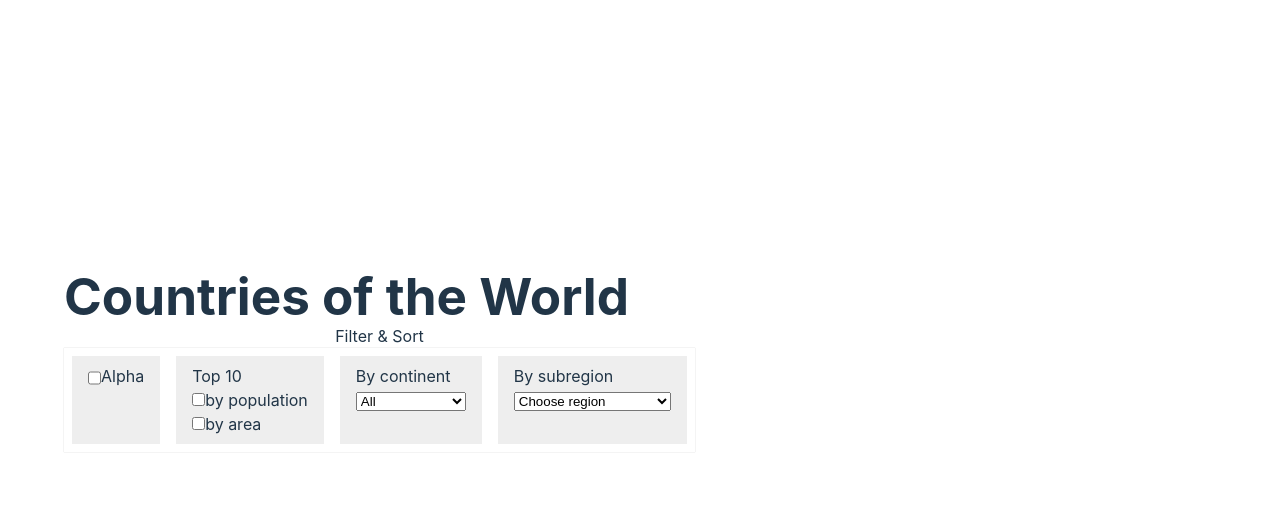
Repository: SamanthaYan298/my_countries
Page: /
The author's editor kept a copy of each file at every save. The page is drawn from the files as they stood at one save, then again after the next save.
The browser window is 1280 px wide. The pictures show the whole page.
The project was rebuilt for these pictures with package versions that can differ from the ones it lists, and the page was loaded fresh each time. Also part of the build but not shown: vite.config.js.

Above is the page before, as saved 2024-11-04 17:52:16.

### src/App.jsx
import { useState } from 'react'
import './App.css'

function App() {

  return (
    <div id="root">
      <h1>Countries of the World</h1>
      <div className="container">
        <div className='inner-container'>
          <p>Filter & Sort</p>
          <div className='filters'>
            <div className='alpha'>
              <input type="checkbox"/>
              <label htmlFor="alpha">Alpha</label>
            </div>
            <div className='categories'>
              <p>Top 10</p>
                <div>
                  <input type="checkbox"/>
                  <label htmlFor="by-population">by population</label>
                </div>
                <div>
                  <input type="checkbox" />
                  <label htmlFor="by-area">by area</label>
                </div>
            </div>
            <div  className='categories'>
              <p>By continent</p>
              <select>
                <option value="All">All</option>
                <option value="Antarctica">Antarctica</option>
                <option value="North America">North America</option>
                <option value="Europe">Europe</option>
                <option value="Africa">Africa</option>
                <option value="Asia">Asia</option>
                <option value="Oceania">Oceania</option>
                <option value="South America">South America</option>
              </select>
            </div>
            <div  className='categories'>
            <p>By subregion</p>
              <select>
                <option value="Choose region">Choose region</option>
                <option value="Caribbean">Caribbean</option>
                <option value="Western Europe">Western Europe</option>
                <option value="Western Africa">Western Africa</option>
                <option value="Central Europ">Central Europ</option>
                <option value="Estern Asia">Estern Asia</option>
                <option value="Polynesia">Polynesia</option>
                <option value="North Africa">North Africa</option>
                <option value="Southern Europe">Southern Europe</option>
                <option value="Southern-Eastern Asia">Southern-Eastern Asia</option>
              </select>
            </div>
          </div>
        </div>
      </div>
    </div>
  )
}

export default App

### src/App.css
* {
  margin: 0;
  padding: 0;
  box-sizing: border-box;
}

#root {
  max-width: 100%;
  margin-left: 2em;
  padding: 0;
  top: 0;
}

.container {
  display: flex;
  flex-direction: row;
  align-items: flex-start;
}

.inner-container {
  text-align: center;
}

.container p {
  margin-top: 0;
  margin-bottom: 0;
}

.filters {
  display: flex;
  flex-direction: row;
}

.alpha {
  display: flex;
  flex-direction: row;
  padding: 0.5rem 1rem;
  background-color: rgb(238, 238, 238);
  margin-top: 0;
}

.alpha input {
  margin-top: -44px;
}

.filters {
  gap: 1rem;
  text-align: left;
  padding: 0.5rem;
  box-shadow: rgba(0, 0, 0, 0.25) 0px 0px 1px 0px;
}

.categories {
  padding: 0.5rem 1rem;
  background-color: rgb(238, 238, 238);
}

Loaded but not shown: index.html (common file); src/main.jsx (common file); src/index.css (common file)

After the next save:
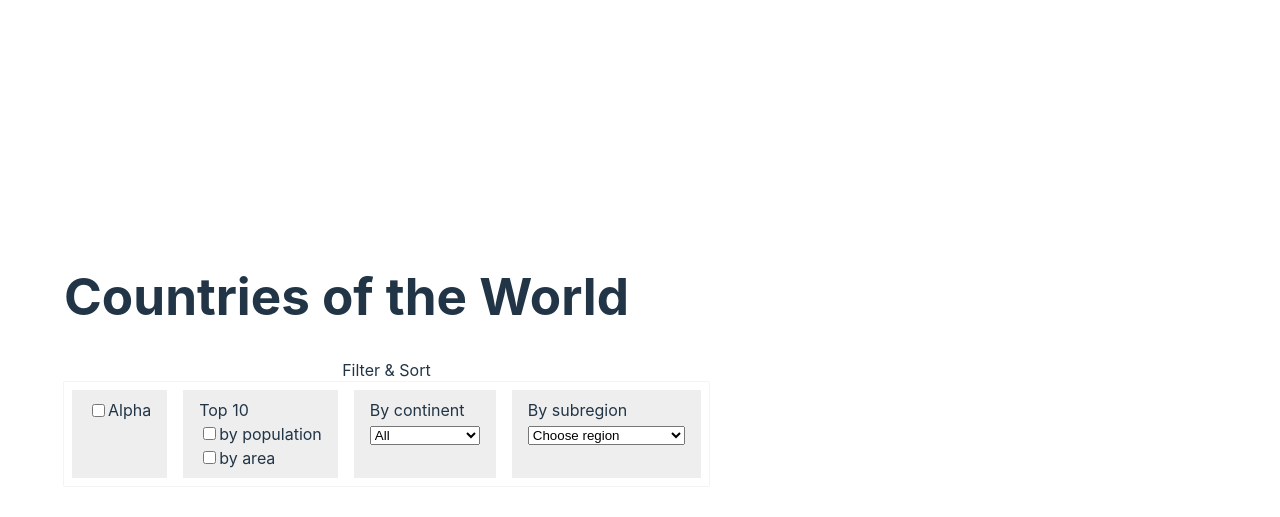
Saved 23 s later.
--- a/src/App.css
+++ b/src/App.css
@@ -1,9 +1,3 @@
-* {
-  margin: 0;
-  padding: 0;
-  box-sizing: border-box;
-}
-
 #root {
   max-width: 100%;
   margin-left: 2em;
